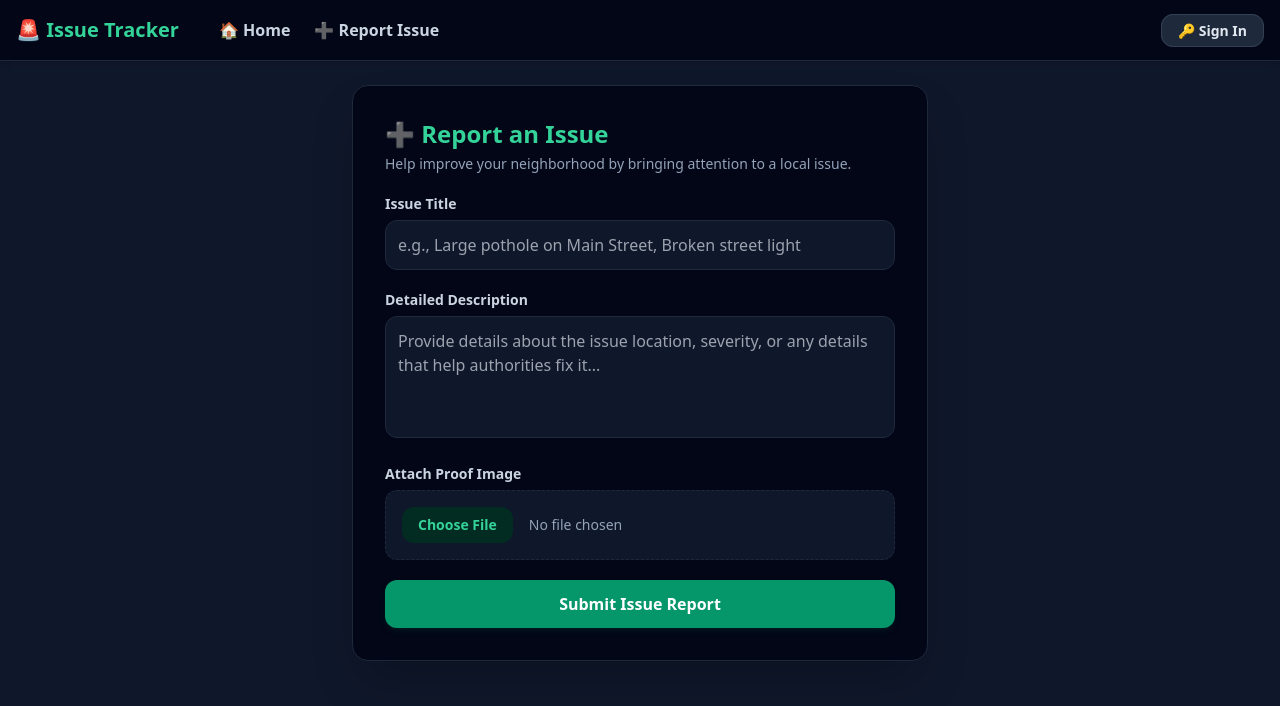
Repository: pugazhendhiprem3-cp/local-issue-management-system-.-.-.
Page: /create-issue (app in my-react-app/)
An editor plug-in stored every save of this project. The page is shown before and after the next save, followed by the edit.
The browser window is 1280 px wide. The pictures show the whole page.
The project was rebuilt for these pictures with package versions that can differ from the ones it lists, and the page was loaded fresh each time. Also part of the build but not shown: my-react-app/vite.config.js, my-react-app/src/pages/IssuesFeed.jsx, my-react-app/src/pages/login.jsx, my-react-app/src/pages/Signup.jsx.

Above is the page before, as saved 2026-05-23 12:55:55.

After the next save:
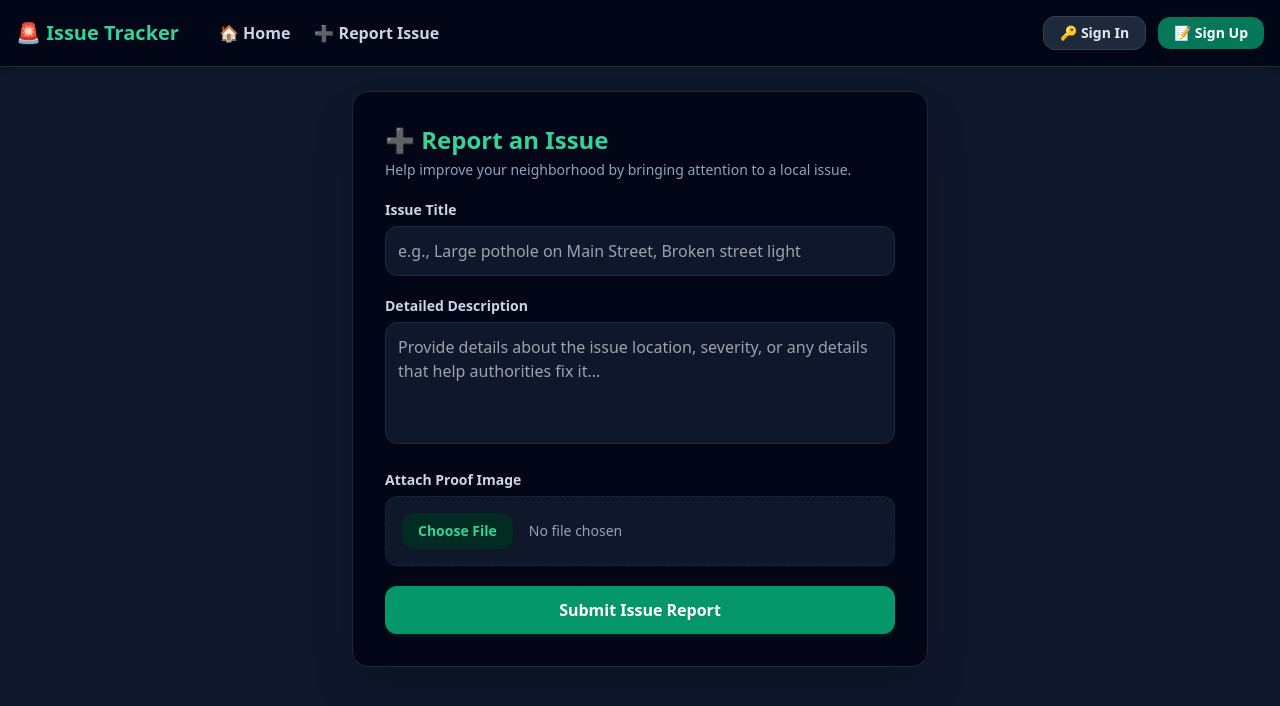
Saved 3 min 33 s later.
--- a/my-react-app/src/App.jsx
+++ b/my-react-app/src/App.jsx
@@ -1,94 +1,163 @@
-import React, { useState, useEffect } from 'react'; // 🟢 Added standard hooks to track token presence
+import React, { useState, useEffect } from 'react';
 import { BrowserRouter as Router, Routes, Route, Link } from 'react-router-dom';
+
 import CreateIssue from './pages/CreateIssue';
 import IssuesFeed from './pages/IssuesFeed';
 import Login from './pages/Login';
 import Signup from './pages/Signup';
 
-// Landing page containing both the Welcome Box and the Live Feed Board
+// 🟢 Home Page
 const Home = () => {
   return (
     <div className="space-y-10">
+
       {/* Welcome Banner */}
       <div className="text-center mt-12 p-8 bg-slate-950 rounded-xl border border-slate-800 max-w-xl mx-auto shadow-2xl">
-        <h1 className="text-3xl font-bold text-emerald-400 mb-4">🚨 Local Issue Tracker</h1>
-        <p className="text-slate-400 mb-6">Track and report civic issues in your neighborhood instantly.</p>
-        <Link to="/create-issue" className="inline-block bg-emerald-600 hover:bg-emerald-500 text-white font-bold py-2.5 px-6 rounded transition duration-200">
+
+        <h1 className="text-3xl font-bold text-emerald-400 mb-4">
+          🚨 Local Issue Tracker
+        </h1>
+
+        <p className="text-slate-400 mb-6">
+          Track and report civic issues in your neighborhood instantly.
+        </p>
+
+        <Link
+          to="/create-issue"
+          className="inline-block bg-emerald-600 hover:bg-emerald-500 text-white font-bold py-2.5 px-6 rounded transition duration-200"
+        >
           Report a New Issue Now
         </Link>
       </div>
 
-      {/* Live Feed directly visible below the welcome box */}
+      {/* Live Feed */}
       <IssuesFeed />
+
     </div>
   );
 };
 
 function App() {
-  // 🟢 Track if a token exists in localStorage to dynamically adjust the UI
+
+  // 🟢 Authentication State
   const [isAuthenticated, setIsAuthenticated] = useState(false);
 
+  // 🟢 Check token on page load
   useEffect(() => {
     const token = localStorage.getItem('token');
-    setIsAuthenticated(!!token); // True if token exists, false if null
+    setIsAuthenticated(!!token);
   }, []);
 
-  // 🟢 Clear stored session elements and drop auth state on log out
+  // 🟢 Logout Function
   const handleLogout = () => {
     localStorage.removeItem('token');
     localStorage.removeItem('role');
+
     setIsAuthenticated(false);
-    window.location.href = '/'; // Soft redirect to home feed
+
+    window.location.href = '/';
   };
 
   return (
     <Router>
+
       <div className="min-h-screen bg-slate-900 text-white">
 
-        {/* Navigation Bar */}
+        {/* ================= NAVBAR ================= */}
         <nav className="p-4 bg-slate-950 border-b border-slate-800 flex justify-between items-center shadow-md">
+
+          {/* Left Side */}
           <div className="flex gap-6 items-center">
-            <div className="text-xl font-bold text-emerald-400 mr-4">🚨 Issue Tracker</div>
-            <Link to="/" className="text-slate-300 font-semibold hover:text-emerald-400 transition-colors">
+
+            <div className="text-xl font-bold text-emerald-400 mr-4">
+              🚨 Issue Tracker
+            </div>
+
+            <Link
+              to="/"
+              className="text-slate-300 font-semibold hover:text-emerald-400 transition-colors"
+            >
               🏠 Home
             </Link>
-            <Link to="/create-issue" className="text-slate-300 font-semibold hover:text-emerald-400 transition-colors">
+
+            <Link
+              to="/create-issue"
+              className="text-slate-300 font-semibold hover:text-emerald-400 transition-colors"
+            >
               ➕ Report Issue
             </Link>
+
           </div>
 
-          {/* 🟢 Dynamically switches between Sign In and Sign Out buttons based on authentication state */}
-          <div>
+          {/* Right Side */}
+          <div className="flex gap-3 items-center">
+
             {isAuthenticated ? (
+
+              // 🟢 SHOW LOGOUT BUTTON
               <button
                 onClick={handleLogout}
                 className="bg-red-950 hover:bg-red-900 text-red-200 border border-red-800 font-semibold py-1.5 px-4 rounded-xl transition duration-200 text-sm"
               >
                 🛑 Sign Out
               </button>
+
             ) : (
-              <Link
-                to="/login"
-                className="bg-slate-800 hover:bg-slate-700 text-slate-200 border border-slate-700 font-semibold py-1.5 px-4 rounded-xl transition duration-200 text-sm"
-              >
-                🔑 Sign In
-              </Link>
+
+              // 🟢 SHOW LOGIN + SIGNUP
+              <>
+                <Link
+                  to="/login"
+                  className="bg-slate-800 hover:bg-slate-700 text-slate-200 border border-slate-700 font-semibold py-1.5 px-4 rounded-xl transition duration-200 text-sm"
+                >
+                  🔑 Sign In
+                </Link>
+
+                <Link
+                  to="/signup"
+                  className="bg-emerald-700 hover:bg-emerald-600 text-white font-semibold py-1.5 px-4 rounded-xl transition duration-200 text-sm"
+                >
+                  📝 Sign Up
+                </Link>
+              </>
+
             )}
+
           </div>
+
         </nav>
 
-        {/* Route Definitions Layout Container */}
+        {/* ================= ROUTES ================= */}
         <div className="container mx-auto px-4 py-6">
+
           <Routes>
+
+            {/* Home */}
             <Route path="/" element={<Home />} />
+
+            {/* Create Issue */}
             <Route path="/create-issue" element={<CreateIssue />} />
-            {/* Pass state setter to Login component to update Navbar right away upon login */}
-            <Route path="/login" element={<Login setIsAuthenticated={setIsAuthenticated} />} />
-            <Route path="/signup" element={<Signup />} />
+
+            {/* Login */}
+            <Route
+              path="/login"
+              element={
+                <Login setIsAuthenticated={setIsAuthenticated} />
+              }
+            />
+
+            {/* Signup */}
+            <Route
+              path="/signup"
+              element={<Signup />}
+            />
+
           </Routes>
+
         </div>
 
       </div>
+
     </Router>
   );
 }
